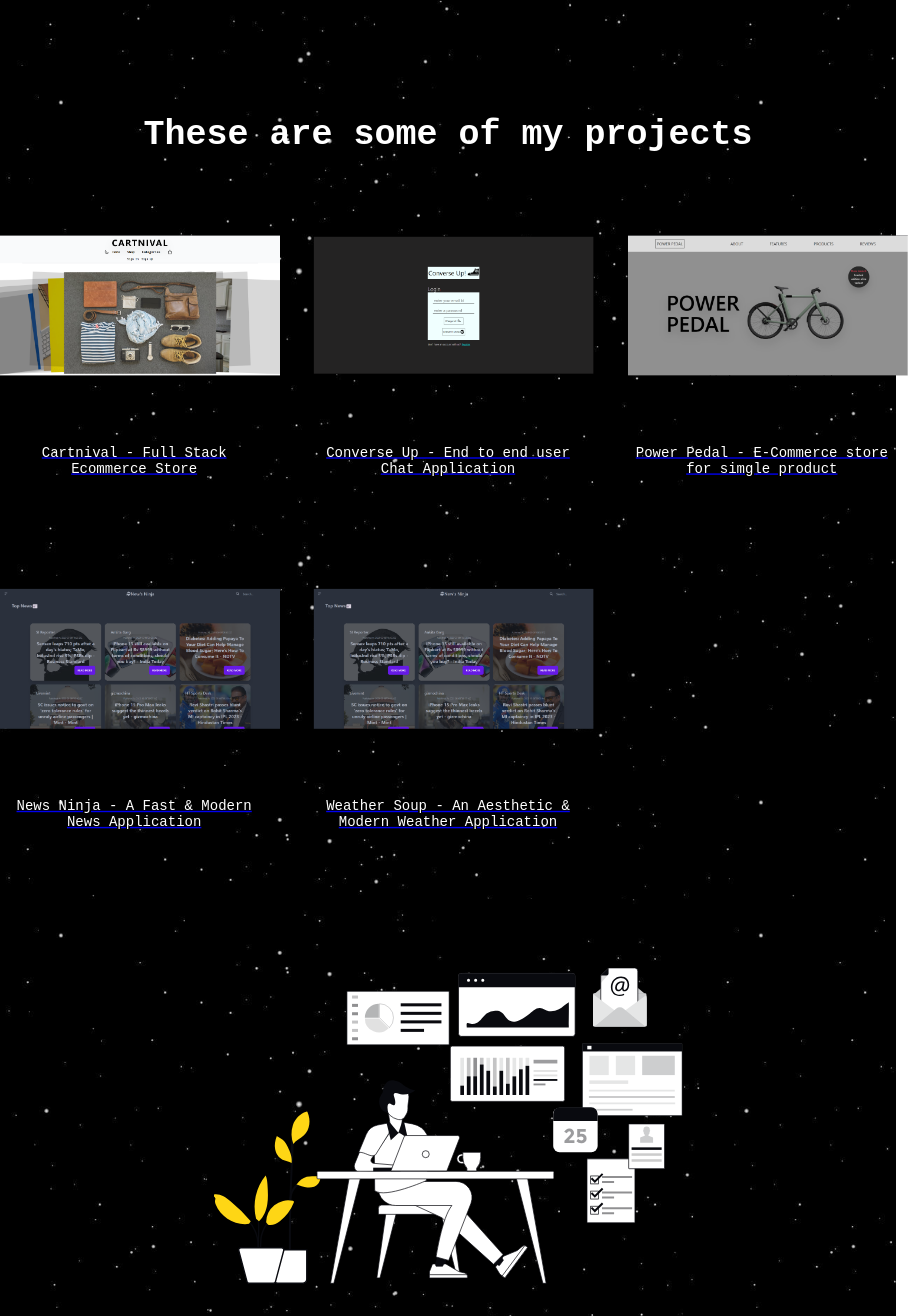
Repository: punitbathija/portfolio
Page: index.html
These files come from the project's save history. The page is drawn as it stood at one moment and after the next save; the edit follows.
The browser window is 1280 px wide. The page is 1297 px wide, so the pictures cover 1297 px, including what lies to the right of the window. The pictures show the part of the page from y = 626 to 2506 px (the page is 3209 px tall), at 70% of full size.
Some web libraries are served in a nearby version.

Above is the page before, as saved 2023-05-09 17:56:11.

### index.html
<!DOCTYPE html>
<html lang="en">
<head>
    <meta charset="UTF-8">
    <meta http-equiv="X-UA-Compatible" content="IE=edge">
    <meta name="viewport" content="width=device-width, initial-scale=1.0">
    <title>Portfolio</title>
    <link rel="stylesheet" href="style.css">
    <link rel="stylesheet" href="https://use.fontawesome.com/releases/v5.8.2/css/all.css" integrity="sha384-oS3vJWv+0UjzBfQzYUhtDYW+Pj2yciDJxpsK1OYPAYjqT085Qq/1cq5FLXAZQ7Ay" crossorigin="anonymous">
    <link href="https://fonts.googleapis.com/css?family=Poppins:200i,300,400&amp;display=swap" rel="stylesheet">
</head>
<body>

<nav id="navbar">
        <ul id="navul">
            <li>
                <a href="#welcome-section" >About</a>
            </li>
            <li>
                <a href="#projects">Projects</a>
            </li>
            <li>
                <a href="#contact">Connect</a>
            </li>
        </ul>
    </nav>
    <section id="welcome-section">
        <div class="divide">
        <img src="./assets/design.gif" alt=""  class="dev">
        <h1>Hi,<br>
            I'm <span class="p">P</span>unit</h1>
    </div>
        <div class="hero">
        <img src="./assets/reshot-icon-code-X9J28UENTL.svg" alt="" class="code">
        <p id="ab"> A front-end developer</p>
        </div>
        <p class="fact" id="fact">⚡Amazing Fact my first words were <span class="cyan">" <button class="tap" id="reveal"></span>Tap to reveal</button> "</p>
    </section>
    <section id="projects">
        <h2 id="projects-header">These are some of my projects</h2>
        <div id="project-grid">
            <a href="https://cartnival.netlify.app/" target="_blank" class="project-tile">
                <img class="project-image" src="./assets/cartnival.png" alt="project">
             <p class="project-title">
                Cartnival - Full Stack Ecommerce Store</p>
            </a>
            <a href="https://converseup.netlify.app/" target="_blank" class="project-tile">
                <img class="project-image" src="./assets/Coverse Uo.png" alt="project">
             <p class="project-title">
                Converse Up - End to end user Chat Application</p>
            </a>
            <a href="https://power-pedal.vercel.app/" target="_blank" class="project-tile">
                <img class="project-image" src="./assets/powerpedal.png" alt="project">
             <p class="project-title">
                Power Pedal - E-Commerce store for simgle product</p>
            </a>

            <a href="https://news-ninja.vercel.app/" target="_blank" class="project-tile">
                <img class="project-image" src="./assets/newsninja'.png" alt="project">
             <p class="project-title">
                News Ninja - A Fast & Modern News Application</p>
            </a>


            <a href="https://news-ninja.vercel.app/" target="_blank" class="project-tile">
                <img class="project-image" src="./assets/newsninja'.png" alt="project">
             <p class="project-title">
                Weather Soup - An Aesthetic & Modern Weather Application</p>
            </a>
       </div>
    </section>
<div class="animation">
<img src="./assets/hero.svg" alt="">
</div>
<section id="contact" class="contact-section">
    <h1 id="con">Let's Work together...</h1>
    <p id="tagl">how do you take your coffee?</p>
    <img src="./assets/reshot-icon-plastic-coffee-cup-FBSWJ874DV.svg" alt="coffee" class="coffee">
    <div class="contact-link">
        <a href="https://github.com/punitbathija" target="_blank" class="btn-con-dtl" id="profile-link">
            <i class="fab fa-github"></i>
             GitHub
        </a>
        <a href="https://twitter.com/PunitBathija?t=qo0yAGF4x_bwsNcVdkM-gg&s=08" target="_blank" class="btn-con-dtl" id="profile-link">
            <i class="fab fa-twitter-square"></i>
             Twitter
        </a>
        <a href="https://twitter.com/PunitBathija?t=qo0yAGF4x_bwsNcVdkM-gg&s=08" target="_blank" class="btn-con-dtl" id="profile-link">
            <i class="fa-brands fa-linkedin-in"></i>
            Linked In
        </a>
        <a href="https://www.facebook.com/punit.bathija.1" target="_blank" class="btn-con-dtl" id="profile-link">
            <i class="fab fa-facebook-square"></i>
             Facebook
        </a>
        <a href="mailto: punitbathija@gmail.com" target="_blank" class="btn-con-dtl" id="profile-link">
            <i class="fas fa-at"></i>
             Send an email
        </a>
        <a href="tel: +91 8080110389" target="_blank" class="btn-con-dtl" id="profile-link">
            <i class="fas fa-mobile-alt"></i>
             Call us at
        </a>
    </div>
</section>
<script src="./index.js"></script>
</body>
</html>

### style.css
*{
    font-family: monospace;
    cursor: default;
}
body{
    margin: 0;
    padding: 0;
}#navbar
{

    display: flex;
    justify-content: flex-end;
    padding: 10px;
    position: fixed;
    height: 60px;
    top: 0;
    left: 0;
    width: 100%;
    background-color:#00af9c;
}
#navul
{
    display: flex;
}
li
{
    display: block;
    font-size: 26px;
    padding: 12px;
}
#navul a
{
    color: white;
    font-family: monospace;
    font-weight: bolder;
    text-decoration: none;
    font-size: 22px;
}

#navul a:hover
{
    color: white;
    font-family: monospace;
    font-weight: bolder;
    font-size: 22px;
    text-decoration: underline;
}

#welcome-section
{
    background-image: url(./assets/bg.jpg);
    display: flex;
    flex-direction: column;
    justify-content: center;
    align-items: center;
    width: 100%;
    height: 100vh;
}

.divide{
    display: flex;
    gap: 50px;
}

.hero{
    display: flex;
    justify-content: space-around;
    gap: 50px;
}
h1
{
    font-family: monospace;
    font-size: 85px;
    color: white;
    cursor:default;
}
h1:hover{
    text-decoration: underline;
    color: #00af9c;
}

.p{
    color: #00af9c;
}

.p:hover{
    color: white;
}
#ab
{

    font-family: monospace;
    font-size: 35px;
    color: #00af9c;
    cursor:default;
}

#ab:hover{
    text-decoration: underline;
    color: white;
}

#projects
{
    background-image: url(./assets/bg.jpg);
    display: flex;
    flex-direction: column;
    justify-content: center;
    align-items: center;
}
#projects-header
{
    font-family: monospace;
    font-size: 50px;
    color: white;
    margin-top: 70px;
    margin-bottom: 40px;
    text-decoration: none;
    list-style: none;
}
#project-grid
{
    display: grid;
    grid-template-columns: repeat(auto-fit, minmax(320px, 1fr));
    grid-gap: 5rem;
    width: 100%;
    max-width: 1280px;
    margin: 0 auto;
    margin-bottom: 6rem;
  }

.project-image

  {
    height: 350px;
    width: 400px;
    object-fit: contain;
    background: var(--main-blue);
    border-radius: 15px;
  }


.project-title
{
    font-family: monospace;
    color: white;
    font-size: 20px;
    text-align: center;
}
#contact
{
        display: flex;
        flex-direction: column;
        justify-content: center;
        align-items: center;
        text-align: center;
        width: 100%;
        height: 90vh;
    background-color: #090e11;

}
#con
{
    font-family: monospace;
    font-size: 55px;
    color: white;
}
#tagl
{
    font-family: monospace;
    font-size: 35px;
    color: #00af9c;

}
i
{
    font-size: large;
    color:white;
    padding: 25px;
}
#profile-link
{
    color:white;
    font-family: monospace;
    font-weight: bolder;
    font-size: 16px;
}

.code{
    width: 100px;

}

.coffee{
    height: 150px;
    width: 150px;
}

.animation{
    height: 90vh;
    background-image: url(./assets/bg.jpg);
    display: flex;
    justify-content: center;
    align-items: center;
    margin: auto;
}

.dev{
    width: 300px;
}

@media screen and (max-width:415px){
    .navulcd{
        display: flex;
        flex-direction: column;
    }
}
.fact{
    color: white;
    font-size: 25px;
    font-weight: bold;
    background-color: #090e11;
}

.cyan{
    color: #00af9c;
}

.tap{
    background-color: transparent;
    color:#00af9c;
    border: 1px solid white;
    font-size: 25px;
    background-color: #090e11;
}

### index.js
let reveal = document.getElementById("reveal");

reveal.addEventListener("click", function populateFact() {
  reveal.innerHTML = "Hello World";
  setInterval(() => {
    reveal.innerHTML = "Tap to reveal";
  }, 5000);
});

After the next save:
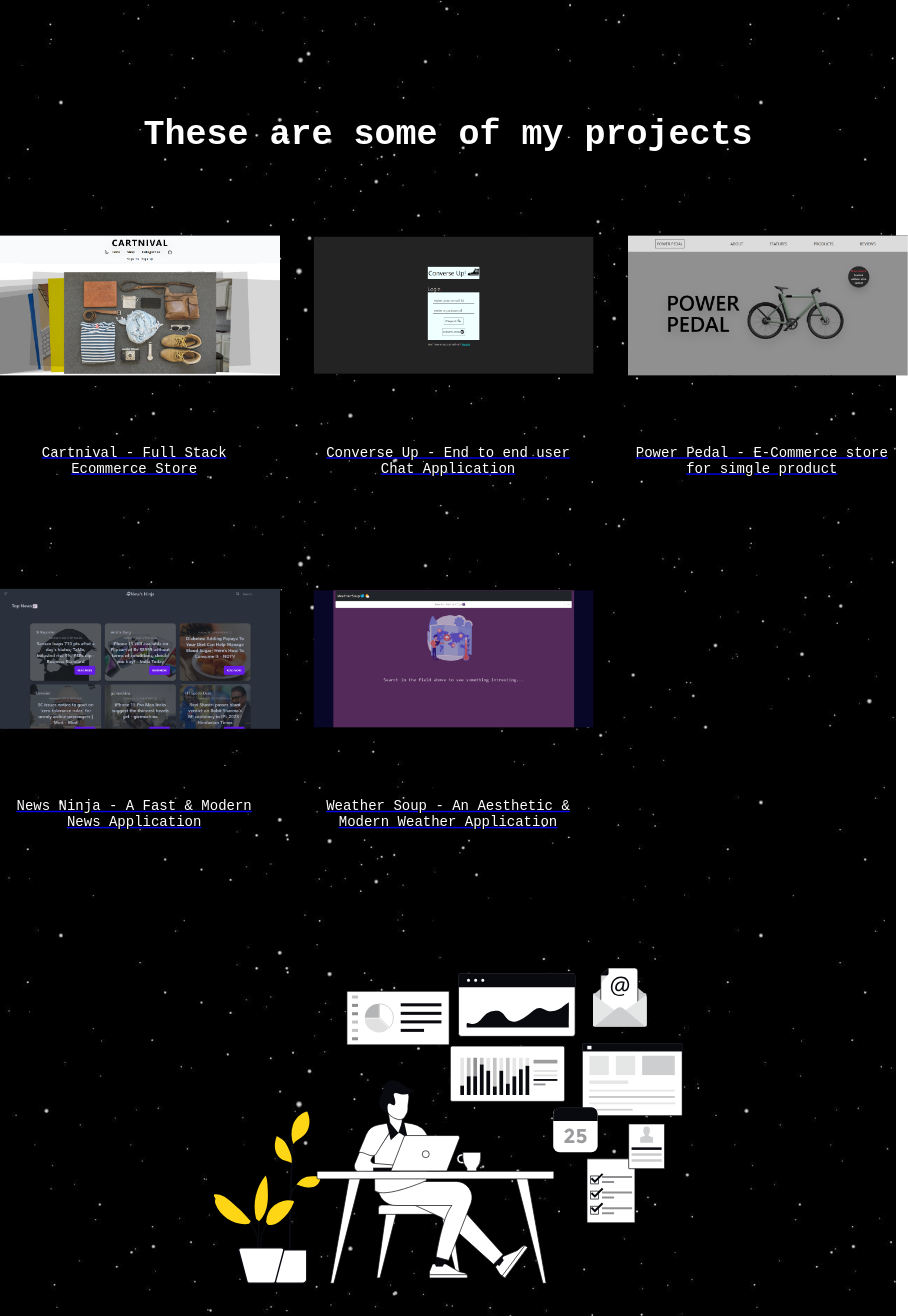
Saved 113 s later.
--- a/index.html
+++ b/index.html
@@ -62,8 +62,8 @@
             </a>
 
 
-            <a href="https://news-ninja.vercel.app/" target="_blank" class="project-tile">
-                <img class="project-image" src="./assets/newsninja'.png" alt="project">
+            <a href="https://weathersoup.netlify.app/" target="_blank" class="project-tile">
+                <img class="project-image" src="./assets/weathersoup.png" alt="project">
              <p class="project-title">
                 Weather Soup - An Aesthetic & Modern Weather Application</p>
             </a>
